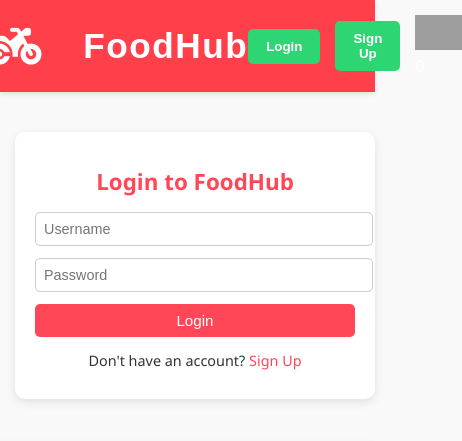
Repository: srinithiashoka/FoodDeliveryApp
Page: http://localhost/FoodDeliveryApp/login.jsp
The author's editor kept a copy of each file at every save. The page is drawn from the files as they stood at one save, then again after the next save.
The browser window is 375 px wide. The page is 462 px wide, so the pictures cover 462 px, including what lies to the right of the window. The pictures show the whole page.
Pictures or frames that could not be fetched are drawn as grey boxes. The page is served by Tomcat 10.

Above is the page before, as saved 2025-12-02 09:20:44.

After the next save:
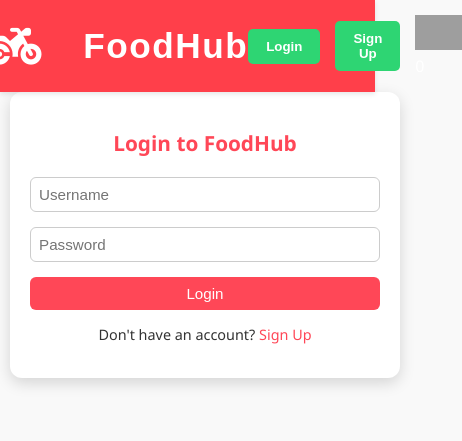
Saved 119 s later.
--- a/FoodDeliveryApp/src/main/webapp/css/auth.css
+++ b/FoodDeliveryApp/src/main/webapp/css/auth.css
@@ -1,39 +1,62 @@
 @charset "UTF-8";
+
+/* =======================
+   Global & Body
+======================= */
+html, body {
+    height: 100%;
+    margin: 0;
+    font-family: 'Segoe UI', Tahoma, Geneva, Verdana, sans-serif;
+    display: flex;
+    flex-direction: column;
+}
+
+/* Main wrapper for content (header + card) */
+body > .main-wrapper {
+    flex: 1;
+    display: flex;
+    justify-content: center;
+    align-items: center; /* vertically center the card */
+    padding: 20px;
+    background: #f9f9f9;
+}
+
 /* ===== AUTH CARD ===== */
 .auth-container {
-    max-width: 320px;          /* compact width */
-    margin: 60px auto;         /* vertical spacing */
-    padding: 20px 25px;        /* card padding */
+    width: 100%;
+    max-width: 350px;         /* slightly wider for larger screens */
+    padding: 25px 30px;       /* more comfortable padding */
     background: #fff;
-    border-radius: 10px;
-    box-shadow: 0 3px 10px rgba(0,0,0,0.1);
+    border-radius: 12px;
+    box-shadow: 0 5px 15px rgba(0,0,0,0.15);
+    text-align: center;
 }
 
 .auth-container h2 {
-    font-size: 1.4rem;
-    margin-bottom: 15px;
+    font-size: 1.5rem;
+    margin-bottom: 20px;
     color: #ff4757;
-    text-align: center;
 }
 
 .auth-container input {
     width: 100%;
-    padding: 8px;
-    margin-bottom: 12px;
-    border-radius: 5px;
+    padding: 10px;
+    margin-bottom: 15px;
+    border-radius: 6px;
     border: 1px solid #ccc;
-    font-size: 0.9rem;
+    font-size: 1rem;
+    box-sizing: border-box;
 }
 
 .auth-container button {
     width: 100%;
-    padding: 8px;
+    padding: 10px;
     background: #ff4757;
     color: #fff;
     border: none;
-    border-radius: 5px;
+    border-radius: 6px;
     cursor: pointer;
-    font-size: 0.95rem;
+    font-size: 1rem;
     transition: background 0.3s;
 }
 
@@ -45,7 +68,6 @@
     color: red;
     font-size: 0.85rem;
     margin-bottom: 10px;
-    text-align: center;
 }
 
 .auth-success {
@@ -54,7 +76,6 @@
 
 .auth-container p {
     font-size: 0.9rem;
-    text-align: center;
 }
 
 .auth-container a {
@@ -66,18 +87,31 @@
     text-decoration: underline;
 }
 
-/* Responsive */
-@media(max-width: 480px) {
-    .auth-container {
-        margin: 40px 15px;
-        padding: 15px 20px;
-    }
-}
-
 /* Footer styling */
 footer {
     text-align: center;
     padding: 15px 0;
     background: #f7f7f7;
-    margin-top: 40px;
+    margin-top: auto; /* pushes footer to bottom */
+    font-size: 0.9rem;
 }
+
+/* =======================
+   Responsive
+======================= */
+@media(max-width: 480px) {
+    .auth-container {
+        margin: 0 10px;
+        padding: 20px;
+    }
+
+    .auth-container h2 {
+        font-size: 1.3rem;
+    }
+
+    .auth-container input,
+    .auth-container button {
+        font-size: 0.95rem;
+        padding: 8px;
+    }
+}
